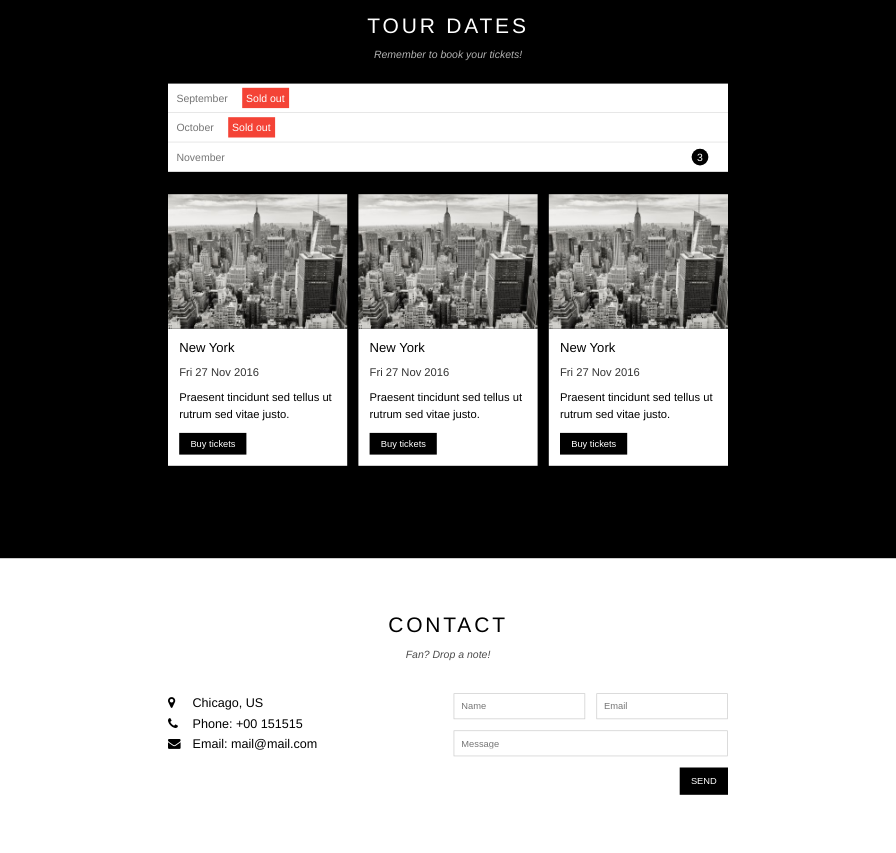
Repository: vuongtm1999/TheBand_W3School
Page: index.html
An editor plug-in stored every save of this project. The page is shown before and after the next save, followed by the edit.
The browser window is 1280 px wide. The pictures show the part of the page from y = 1368 to 3288 px (the page is 2586 px tall before and 3288 px after), at 70% of full size.

Above is the page before, as saved 2022-08-28 15:31:37.

### index.html
<!DOCTYPE html>
<html lang="en">
<head>
    <meta charset="UTF-8">
    <meta http-equiv="X-UA-Compatible" content="IE=edge">
    <meta name="viewport" content="width=device-width, initial-scale=1.0">
    <title>Document</title>
    <link rel="stylesheet" href="./assets/css/style.css">
    <link rel="stylesheet" href="https://cdnjs.cloudflare.com/ajax/libs/font-awesome/4.7.0/css/font-awesome.min.css">

</head>
<body>
        <div id="header">
            <!-- begin: nav -->
            <ul id="nav">
                <li><a href="#">Home</a></li>
                <li><a href="#">Bank</a></li>
                <li><a href="#">Tour</a></li>
                <li><a href="#">Contact</a></li>
                <li>
                    <a href="#">More <i style="font-size: 15px;" class="fa fa-caret-down"></i></a>
                    <ul class="subnav">
                        <li><a href="#">Merchandise</a></li>
                        <li><a href="#">Extras</a></li>
                        <li><a href="#">Media</a></li>
                    </ul>
                </li>
            </ul>
            <!-- end: nav -->

            <!-- begin: search button -->
            <div class="search-button">
                <i class="fa fa-search"></i>
            </div>
            <!-- end: search button -->
        </div>

        <div id="slider">
            <div class="text-content">
                <div class="container">
                    <h3 class=text-heading>
                        Chicago
                    </h3>
                    <div class="text-description">
                        Thank you, Chicago - A night we won't forget.
                    </div>
                </div>
            </div>
        </div>

        <div id="content">
            <!-- about section -->
            <div class="content-section">
                <h2 class="section-heading">THE BAND</h2>
                <p class="section-sub-heading">We love music</p>
                <p class="section-about-text">We have created a fictional band website. Lorem ipsum dolor sit amet, consectetur adipiscing elit, sed do eiusmod tempor incididunt ut labore et dolore magna aliqua. Ut enim ad minim veniam, quis nostrud exercitation ullamco laboris nisi ut aliquip ex ea commodo consequat. Duis aute irure dolor in reprehenderit in voluptate velit esse cillum dolore eu fugiat nulla pariatur. Excepteur sint occaecat cupidatat non proident, sunt in culpa qui officia deserunt mollit anim id est laborum consectetur adipiscing elit, sed do eiusmod tempor incididunt ut labore et dolore magna aliqua. Ut enim ad minim veniam, quis nostrud exercitation ullamco laboris nisi ut aliquip ex ea commodo consequat.</p>

                <div class="member-list">

                    <div class="col col-third">
                        <p class="member-name">Name</p>
                        <img class="member-image" src="assets/img/bandmember.jpg" alt="member">
                    </div>

                    <div class="col col-third">
                        <p class="member-name">Name</p>
                        <img class="member-image" src="assets/img/bandmember.jpg" alt="member">
                    </div>

                    <div class="col col-third">
                        <p class="member-name">Name</p>
                        <img class="member-image" src="assets/img/bandmember.jpg" alt="member">
                    </div>

                    <div class="clearFloat"></div>
                </div>
            </div>

            <!-- TOUR DATES section -->
            <div class="tour-section">
                <div class="content-section">
                    <h2 class="section-heading">TOUR DATES</h2>
                    <p class="section-sub-heading">Remember to book your tickets!</p>

                    <br>

                    <ul class="ticket-list">
                        <li>September <span class="soldout">Sold out</span></li>
                        <li>October <span class="soldout">Sold out</span></li>
                        <li>November <span class="quantity">3</span></li>
                    </ul>

                    <div class="row place-ticket">

                        <div class="col col-third">
                            <img src="assets/img/place/newyork.jpg" alt="img-ticket" class="place-img">
                            <div class="place-body">
                                <h3 class="place-city">New York</h3>
                                <p class="place-time">Fri 27 Nov 2016</p>
                                <p class="place-description">Praesent tincidunt sed tellus ut rutrum sed vitae justo.</p>
                                <button class="place-buy-tickets btn-common js-buy-ticket">Buy tickets</button>
                            </div>
                        </div>

                        <div class="col col-third">
                            <img src="assets/img/place/newyork.jpg" alt="img-ticket" class="place-img">
                            <div class="place-body">
                                <h3 class="place-city">New York</h3>
                                <p class="place-time">Fri 27 Nov 2016</p>
                                <p class="place-description">Praesent tincidunt sed tellus ut rutrum sed vitae justo.</p>
                                <button class="place-buy-tickets btn-common js-buy-ticket">Buy tickets</button>
                            </div>
                        </div>

                        <div class="col col-third">
                            <img src="assets/img/place/newyork.jpg" alt="img-ticket" class="place-img">
                            <div class="place-body">
                                <h3 class="place-city">New York</h3>
                                <p class="place-time">Fri 27 Nov 2016</p>
                                <p class="place-description">Praesent tincidunt sed tellus ut rutrum sed vitae justo.</p>
                                <button class="place-buy-tickets btn-common js-buy-ticket">Buy tickets</button>
                            </div>
                        </div>

                        <div class="clearFloat"></div>
                    </div>
                </div>
            </div>



            <!-- CONTACT section -->
            <div class="content-section">
                <h2 class="section-heading">CONTACT</h2>
                <p class="section-sub-heading">Fan? Drop a note!</p>

                <div class="row contact-items">
                    <div class="col col-half contact-info">
                        <p><i class="fa fa-map-marker" aria-hidden="true"></i>   Chicago, US</p>
                        <p><i class="fa fa-phone" aria-hidden="true"></i> Phone: +00 151515</p>
                        <p><i class="fa fa-envelope" aria-hidden="true"></i>  Email: mail@mail.com</p>
                    </div>
                    <div class="col col-half contact-form">
                        <form action="">
                        <div class="row">
                            <div class="col col-half">
                                <input type="text" required placeholder="Name" class="p-10 btn-contact contact-input-name">
                            </div>
                            <div class="col col-half">
                                <input type="email" required placeholder="Email" class="p-10 btn-contact contact-input-email">
                            </div>
                        </div>
                        <div class="row">
                            <div class="col col-full">
                                <input type="text" required placeholder="Message" class="p-10 btn-contact contact-input-message">
                            </div>
                        </div>

                        <input type="submit" class="contact-btn-send btn-common" value="SEND"></input>
                    </div>
                    </form>
                </div>
            </div>
            <!-- End: contact section -->

            <!-- Map section -->
            <div class="map-section">
                <img src="" alt="">
            </div>

        </div>

        <!-- Modal dialog -->
        <div class="modal js-modal">
            <div class="modal-container js-modal-container">
                <i class="fa fa-times close-icon js-close-icon" aria-hidden="true"></i>
                <header class="modal-header">
                    <i class="fa fa-suitcase mr-5"></i>
                     Tickets
                </header>
                <div class="modal-body">
                    <label for="quantity-sticket" class="modal-label">
                        <i class="fa fa-shopping-cart" aria-hidden="true"></i>
                        Tickets, $15 per person
                    </label>
                    <input type="text" id="quantity-sticket" class="quantity-sticketet" placeholder="How many?">

                    <label for="send-to-sticket" class="modal-label">
                        <i class="fa fa-user" aria-hidden="true"></i>
                        Send to
                    </label>
                    <input type="text" id="send-to-sticket" class="send-to-sticket" placeholder="Enter email" class=placeholder="Enter email">

                    <button id="btn-pay" class="btn-pay">PAY <i class="fa fa-check" aria-hidden="true"></i></button>
                </div>

                <div class="modal-footer">
                    <button class="btn-close js-close-btn">Close <i class="fa fa-times" aria-hidden="true"></i></button>

                    <div class="modal-text-help">Need <a href="#" id="btn-help">help?</a></div>
                </div>
            </div>
        </div>

        <div id="footer">

        </div>
    </div>

    <script>
        const buyBtns = document.querySelectorAll('.js-buy-ticket');
        const modal = document.querySelector('.js-modal');
        const closeBtn = document.querySelector('.js-close-btn');
        const closeIcon = document.querySelector('.js-close-icon');
        const modalContainer = document.querySelector('.js-modal-container');

        function showTicketDialog(){
            modal.classList.add('modal-open')
        }

        function hideTicketDialog(){
            modal.classList.remove('modal-open')
        }

        for(const buyBtn of buyBtns){
            buyBtn.addEventListener('click', showTicketDialog);
        }

        closeBtn.addEventListener('click', hideTicketDialog);
        closeIcon.addEventListener('click', hideTicketDialog);

        //Dong khi click ra ngoai modal
        modal.addEventListener('click', hideTicketDialog);
        modalContainer.addEventListener('click', function(even) {
            even.stopPropagation()
        });

        // buyBtns.forEach(function (buyBtn) {
        //     buyBtn.addEventListener('click', showTicketDialog())
        // })
    </script>
</body>
</html>

### assets/css/style.css
/* reset CSS */
* {
    margin: 0;
    padding: 0;
    box-sizing: border-box;
}

html {
    font-family: Helvetica, Arial, sans-serif;
}

#nav, .subnav, li{
    list-style-type: none;
}

#nav{
    display: inline-block;
}

/* Common */
.clearFloat{
    /* Khac phuc khi dung float :left */
    clear: both;
}

.btn-common{
    color: white;
    background-color: #000;
    border: none;
}

.btn-common:hover{
    background-color: #ccc;
    color: #000;
}

.row{
    margin-left: -8px;
    margin-right: -8px;
}

.col{
    float: left;
    padding-left: 8px;
    padding-right: 8px;
}

.col-full{
    width: 100%;
}

.col-half{
    width: 50%;
}

.col-third{
    width: 33.3333%;
}

.text-center{
    text-align: center;
}

.p-8{
    padding: 8px;
}

.mb-8{
    margin-bottom: 8px;
}

.p-10{
    padding: 10px;
}


/*
Nguyen tac lam viec
1. Vi tri
2. Kich thuoc
3. Mau sac
4. Kieu dang (kieu chu, hinh tron hay hinh vuong,...)
*/

/*
Tu ngoai vao trong
Tu tren xuong duoi
TU tong quan den chi tiet
 */

#main {}

#header {
    position: fixed;
    z-index: 1;
    height: 46px;
    background-color: #000;
    color: #fff;
    top: 0;
    left: 0;
    right: 0;
}

#nav li {
    text-decoration: none;
    line-height: 46px;
}

a{
    text-decoration: none;
}

#nav > li > a {
    /* display: inline-block; */
    padding: 0px 24px;
    color: #ffffff;
    text-transform: uppercase;
}

#nav > li {
    display: inline-block;
}

#nav li:last-child {
    position: relative;
}

#nav .subnav {
    background-color: #fff;
    position: absolute;
    display: none;
    top: 100%;
    left: 0;
    box-shadow:  0px 0px 10px rgba(0, 0, 0, 0.3);
    min-width: 160px;
}

#nav .subnav a{
    color: #000;
    padding: 0px 12px;
    line-height: 30px;
    display: inline-block;
    width: 100%;
}

#nav .subnav li:hover,
#nav > li:hover > a {
    color: #000;
    background-color: #ccc;
    display: block;
}

#nav > li:last-child:hover .subnav{
    display: block;
}

/* search btn */
#header .search-button{
    float: right;
    line-height: 46px;
    padding: 0 24px;
}

#header .search-button:hover{
    background-color: #f44336;
    cursor: pointer;
}

#slider {
    /* background-color: rgb(27, 22, 22); */
    margin-top: 46px;
/* padding-top bang 50% chieu rong cua thanh phan do */
    padding-top: 50%;
    position: relative;
    background: url("/assets/img/chicago.jpg") top center / cover no-repeat;
}

#slider .text-content{
    position: absolute;
    color: white;
    bottom: 48px;

    /* cach 1 */
    /* left: 50%;
    transform: translateX(-50%); */
    /* cach 2 */
    /* left: 0;
    right: 0; */
    /* cach 3 */
    width: 100%;
    text-align: center;
}

.text-heading{
    font-size: 24px;
    font-weight: 400;
}

.text-description{
    margin-top: 25px;
    font-weight: bolder;
    font-size: 15px;
}

#content .content-section{
    width: 800px;
    padding: 64px 0;
    margin-left: auto;
    margin-right: auto;
}

.content-section .section-heading,
.content-section .section-about-text{
    margin: 15px 0px;
}

.content-section .section-heading,
.content-section .section-sub-heading{
    text-align: center;
}

.content-section .section-sub-heading{
    font-size: 15px;
    opacity: 0.7;
    font-style: italic;
}

.content-section .section-heading{
    font-size: 30px;
    font-weight: 500;
    letter-spacing: 4px;
}

.content-section .section-about-text{
    /* line-height khong co px */
    line-height: 1.5;
    font-size: 15px;
    text-align: justify;
}

.content-section .member-list{
    margin: 32px 0;
    text-align: center;
    /* Khac phuc khi dung float :left */
    /* overflow: hidden; */
}

.content-section .member-name{
    margin: 15px 0;
}

.content-section .member-image{
    width: 154px;
    border-radius: 4px;
}

/* Tour section */
.tour-section{
    background-color: #000;
    min-height: 851px;
}

/*  begin: tour section */
.tour-section .section-heading,
.tour-section .section-sub-heading{
    color: white !important;
}

.tour-section .section-heading{
    margin: 10px 0;
}

.tour-section .section-sub-heading{
    margin: 15px 0;
}

.ticket-list{
    background-color: white;
}

.ticket-list > li{
    font-size: 15px;
    padding: 12px;
    border-bottom: 1px solid #ddd;
    color: #757575;
}

.soldout{
    background-color: #f44336;
    padding: 6px;
    margin-left: 16px;
    color: #fff;
}

.quantity{
    float: right;
    margin-right: 16px;
    background-color: #000;
    width: 24px;
    height: 24px;
    border-radius: 50%;
    color: white;
    text-align: center;
    line-height: 24px;
    margin-top: -3px;
}

/* place-ticket */
.place-ticket{
    /* margin-top: 32px; */
    padding-top: 32px;
    margin-left: -8px;
    margin-right: -8px;
}

.place-item{
    float: left;
    width: 33.3333%;
    padding: 0 8px;
}

.place-img{
    width: 100%;
    display: block;
}

.place-img:hover{
    opacity: 0.7;
}

.place-body{
    background-color: white;
    color: rgb(1, 1, 1);
    padding: 16px;
}

.place-city{
    font-weight: 550;
}

.place-time{
    opacity: 0.8;
    margin: 15px 0;
}

.place-description{
    margin: 15px 0;
    line-height: 1.5;
}

.place-buy-tickets{
    padding: 8px 16px;
    display: inline-block;
}

/* modal dialog */
.modal{
    position: fixed;
    background-color: rgba(0, 0, 0, 0.3);
    top: 0;
    left: 0;
    right: 0;
    bottom: 0;

    /* display: flex; */
    align-items: center;
    justify-content: center;

    display: none;
}

.modal-open{
    display: flex !important;
}

.modal-container{
    background-color: #fff;
    width: 900px;
    min-height: 473px;
    position: relative;

    /* reponsive */
    max-width: calc(100% - 32px);
}

.modal-header {
    height: 129px;
    background-color: #009688;
    display: flex;
    align-items: center;
    justify-content: center;
    letter-spacing: 4px;
    font-weight: 400;
    font-size: 30px;
    color: #fff;
}

.mr-5{
    margin-right: 16px;
}
.close-icon{
    position: absolute;
    top: 0;
    right: 0;
    padding: 12px;
    color: #fff;
}

.close-icon:hover{
    background-color: #ccc;
    color: #000
}

.modal-body {
    padding: 0 16px;
}

.modal-label{
    display: block;
    margin: 18px 0 8px 0;
}

.quantity-sticketet,
.send-to-sticket{
    border: 1px solid #ccc;
    padding: 8px;
    font-size: 15px;
    width: 100%;
}

.btn-pay{
    margin: 16px 0;
    width: 100%;
    background-color: #009688;
    padding: 18px;
    color: #fff;
    border: none;
    font-size: 15px;
    text-transform: uppercase;
}

.btn-pay:hover{
    background-color: #ccc;
    color: #000;
    cursor: pointer;
}

.modal-footer{
    padding: 0 18px;
    margin: 16px 0;
}

.modal-text-help{
    float: right;
}

.btn-close{
    padding: 12px 16px;
    font-size: 15px;
    color: #fff;
    background-color: #f44336;
    border: none;
}

.btn-close:hover{
    cursor: pointer;
    background-color: #ccc;
    color: #000;
}

#btn-help{
    text-decoration: underline !important;
    color: #2196F3;
}

.contact-items{
    margin-top: 48px;
}

.contact-info i[class*="fa"]{
    width: 30px;
}

.contact-info {
    line-height: 1.6;
    font-size: 18px;
}

.contact-form{
    font-size: 15px;
}

.row::after{
    content: "";
    display: block;
    clear: both;
}

.contact-input-message{
    margin: 16px 0;
}

.btn-contact{
    border: 1px solid #ccc;

    width: 100%;
}

.contact-btn-send{
    padding: 12px 16px;
    float: right;
}




#container {
    /* height: 500px;
    background-color: #ccc; */
}

#content {}

#footer {}

After the next save:
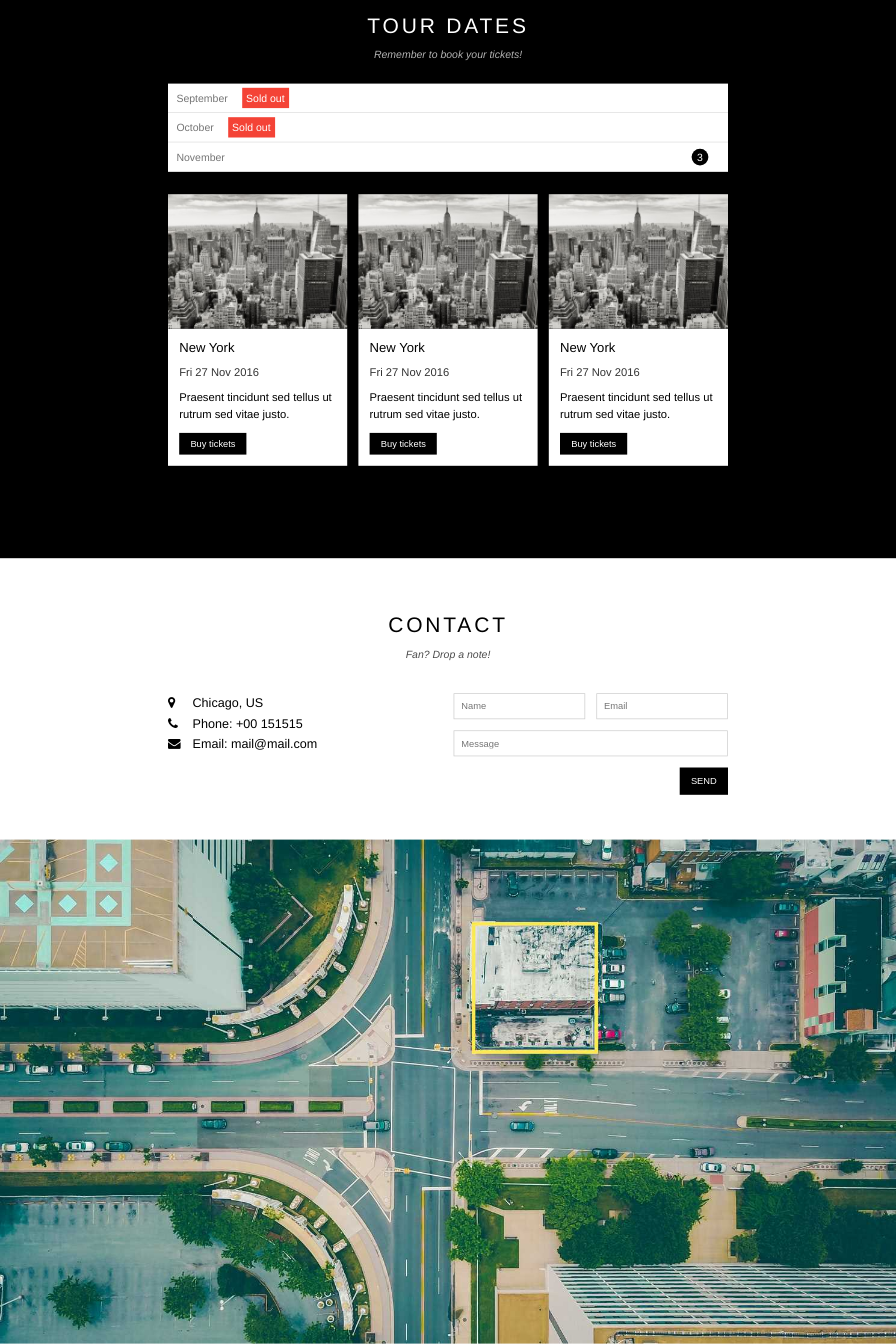
Saved 64 s later.
--- a/index.html
+++ b/index.html
@@ -165,7 +165,7 @@
 
             <!-- Map section -->
             <div class="map-section">
-                <img src="" alt="">
+                <img src="assets/img/map.jpg" alt="img-ticket" class="place-img">
             </div>
 
         </div>
